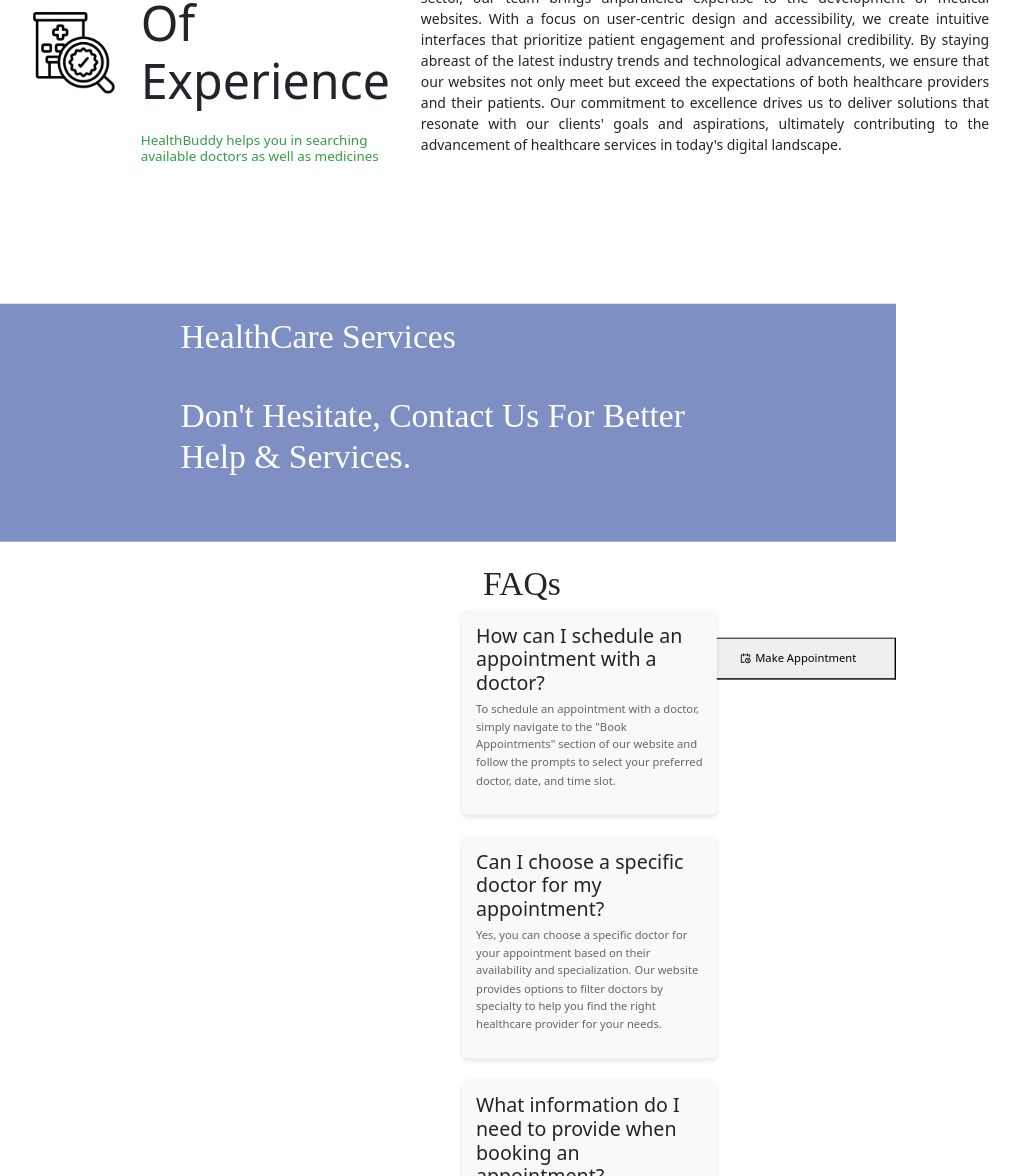
Repository: WajihaGul/MedicalApp-Frontend
Page: /
The author's editor kept a copy of each file at every save. The page is drawn from the files as they stood at one save, then again after the next save.
The browser window is 1280 px wide. The page is 1457 px wide, so the pictures cover 1457 px, including what lies to the right of the window. The pictures show the part of the page from y = 1607 to 3287 px (the page is 4744 px tall), at 70% of full size.
The project was rebuilt for these pictures with package versions that can differ from the ones it lists, and the page was loaded fresh each time. Also part of the build but not shown: vite.config.js, src/index.css, src/App.css.

Above is the page before, as saved 2024-05-08 23:17:59.

### public/index.html
<!DOCTYPE html>
<html lang="en">
  <head>
    <meta charset="utf-8" />
    <link rel="icon" href="%PUBLIC_URL%/favicon.ico" />
    <meta name="viewport" content="width=device-width, initial-scale=1" />
    <meta name="theme-color" content="#000000" />
    <meta
      name="description"
      content="Web site created using create-react-app"
    />
    <link rel="apple-touch-icon" href="%PUBLIC_URL%/logo192.png" />

    <link rel="manifest" href="%PUBLIC_URL%/manifest.json" />

    <title>Health Buddy</title>

    <!-- Bootstrap CSS -->

    <link href="https://cdn.jsdelivr.net/npm/bootstrap@5.3.3/dist/css/bootstrap.min.css" rel="stylesheet">
  </head>
  <body>
    <noscript>You need to enable JavaScript to run this app.</noscript>
    <div id="root"></div>

  </body>
</html>

### src/index.js
import React from "react";
import ReactDOM from "react-dom/client";
import "./index.css";
import "bootstrap/dist/css/bootstrap.min.css";
import { Auth0Provider } from "@auth0/auth0-react";
import App from "./App";

const root = ReactDOM.createRoot(document.getElementById("root"));
root.render(
  <Auth0Provider
    domain="dev-0g3c3dxmqjxyqw2c.us.auth0.com"
    clientId="oMzUGa6dYetqfOyrTVNkJyeCd189p4oL"
    authorizationParams={{
      redirect_uri: window.location.origin,
    }}
  >
    <App />
  </Auth0Provider>
);

### src/App.js
import "./App.css";
import Homepage from "./Pages/Homepage";
function App() {
  return (
    <>
      <Homepage />
    </>
  );
}

export default App;

### src/Pages/Homepage.jsx
import Accomplishments from "../Components/Accomplishments/Accomplishments";
import Experience from "../Components/Experience/Experience";
import LandingPage from "./../Components/LandingPage/LandingPage";
import NavigationBar from "./../Components/NavigationBar/Navbar";
import MakeAppointment from "../Components/MakeAppointment/MakeAppointment";
import Footer from "../Components/Footer/Footer";
import Faqs from "../Components/FAQS/Faqs";

const Homepage = () => {
  return (
    <>
      <NavigationBar />
      <LandingPage />
      <Accomplishments />
      <Experience />
      <MakeAppointment />
      <Faqs />
      <Footer />
    </>
  );
};

export default Homepage;

### src/Components/Accomplishments/Accomplishments.jsx
import styles from "./Accomplishments.module.css";

const Accomplishments = () => {
  return (
    <div className={styles.container}>
      <div className={styles.innerContainer}>
        <div className={styles.column1}>
          <img
            className={styles.cols_img}
            src="https://medi-dove.netlify.app/img/counter/counter-icon-7.png"
            alt=""
          />

          <p className={styles.explanationi}>540 + </p>

          <p className={styles.explanationii}>Expert Doctors</p>

          <p className={styles.explanationiii}>
            Our team of dedicated professionals ensures personalized care and
            expert guidance tailored to your unique health needs
          </p>
        </div>

        <div className={styles.column1}>
          <img
            className={styles.cols_img}
            src="https://medi-dove.netlify.app/img/counter/counter-icon-9.png"
            alt=""
          />

          <p className={styles.explanationi}>899+</p>

          <p className={styles.explanationii}>Problem Solve</p>

          <p className={styles.explanationiii}>
            Benefit from our extensive expertise in resolving medical
            challenges, offering tailored solutions that prioritize patient
            well-being.
          </p>
        </div>

        <div className={styles.column3}>
          <img
            className={styles.cols_img}
            src="https://medi-dove.netlify.app/img/counter/counter-icon-83.png"
            alt=""
          />

          <p className={styles.explanationi}>100+</p>

          <p className={styles.explanationii}>Award Winner</p>

          <p className={styles.explanationiii}>
            With a track record of excellence, we continue to set the standard
            for cutting-edge medical information and services
          </p>
        </div>
      </div>
    </div>
  );
};

export default Accomplishments;

### src/Components/Experience/Experience.jsx
import styles from "./Experience.module.css";

const Experience = () => {
  return (
    <>
      <div className={styles.container}>
        <div className={styles.divimg}>
          <img
            className={styles.eimg}
            src="/Assets/Experience_image.png"
            alt="logo here"
          />
        </div>

        <div>
          <h1 className={styles.ehead1}>25+ Years Of Experience</h1>
          <br />
          <h6 className={styles.ehead6}>
            HealthBuddy helps you in searching available doctors as well as
            medicines
          </h6>
        </div>
        <div>
          <p className={styles.story_p}>
            Drawing upon a wealth of over 25 years of collective experience in
            the healthcare sector, our team brings unparalleled expertise to the
            development of medical websites. With a focus on user-centric design
            and accessibility, we create intuitive interfaces that prioritize
            patient engagement and professional credibility. By staying abreast
            of the latest industry trends and technological advancements, we
            ensure that our websites not only meet but exceed the expectations
            of both healthcare providers and their patients. Our commitment to
            excellence drives us to deliver solutions that resonate with our
            clients' goals and aspirations, ultimately contributing to the
            advancement of healthcare services in today's digital landscape.
          </p>
        </div>
      </div>
    </>
  );
};
export default Experience;

### src/Components/LandingPage/LandingPage.jsx
import React from "react";
import "bootstrap/dist/css/bootstrap.min.css";
import { Carousel } from "react-bootstrap";
import styles from "./LandingPage.module.css";

const LandingPage = () => {
  return (
    <Carousel>
      <Carousel.Item>
        <img
          className={styles.dblock}
          src="https:hips.hearstapps.com/hmg-prod/images/types-of-doctors-1600114658.jpg?crop=0.974xw:0.729xh;0,0&resize=1200:*"
          alt="First slide"
        />
        <Carousel.Caption>
          <h3 className={styles.sliders_h}>Welcome to HealthBuddy</h3>
          <p className={styles.sliders_p}>
            We are dedicated to providing compassionate care and innovative
            medical solutions tailored to your needs.
          </p>
        </Carousel.Caption>
      </Carousel.Item>
      <Carousel.Item>
        <img
          className={styles.dblock}
          src="https://medi-dove.netlify.app/img/home4/about/overlap.png"
          alt="Second slide"
        />
        <Carousel.Caption>
          <h3 className={styles.sliders_h}>
            Find Trusted Doctors in Your Area
          </h3>
          <p className={styles.sliders_p}>
            Whether you need a primary care physician, specialist, or allied
            healthcare provider, we've got you covered.
          </p>
        </Carousel.Caption>
      </Carousel.Item>
      <Carousel.Item>
        <img
          className={styles.dblock}
          src="https://drz0f01yeq1cx.cloudfront.net/1714474335549-158e1cf4-d33e-41ef-afb5-0ab23aea778c-4929.png"
          alt="Third slide"
        />
        <Carousel.Caption>
          <h3 className={styles.sliders_h}>Convenient Pharmacy Services</h3>
          <p className={styles.sliders_p}>
            Our pharmacy services make it easy to access the medications you
            need, right from the comfort of your own home.
          </p>
        </Carousel.Caption>
      </Carousel.Item>
    </Carousel>
  );
};

export default LandingPage;

### src/Components/NavigationBar/Navbar.jsx
import styles from "./Navbar.module.css";
import { useAuth0 } from "@auth0/auth0-react";

const Navbar = () => {
  const { loginWithRedirect, isAuthenticated, logout } = useAuth0();

  return (
    <>
      <nav className={styles.container}>
        <div className={styles.logo}>
          <img
            className={styles.nav_img}
            src="https://cdn.icon-icons.com/icons2/1465/PNG/512/588hospital_100778.png"
            alt="logo"
          />
          <h1 className={styles.nav_head}>HealthBuddy</h1>
        </div>
        <ul className={styles.navul}>
          <li href="#">Home</li>
          <li href="#">Doctors</li>
          <li href="#">Pharmacies</li>
          <li href="#">Contact Us</li>
        </ul>
        {isAuthenticated ? (
          <li>
            <button
              className={styles.customButton}
              onClick={() =>
                logout({ logoutParams: { returnTo: window.location.origin } })
              }
            >
              Log Out
            </button>
          </li>
        ) : (
          <li>
            <button
              className={styles.customButton}
              onClick={() => loginWithRedirect()}
            >
              Login
            </button>
          </li>
        )}
      </nav>
    </>
  );
};

export default Navbar;

### src/Components/MakeAppointment/MakeAppointment.jsx
import styles from "./MakeAppointment.module.css";
import { RiCalendarScheduleLine } from "react-icons/ri";

const MakeAppointment = () => {
  return (
    <>
      <div className={styles.container}>
        <div className={styles.divii}>
          <h3 className={styles.head3}>HealthCare Services</h3>
          <h1 className={styles.head1}>
            Don't Hesitate, Contact Us For Better Help & Services.
          </h1>
        </div>

        <div className={styles.ButtonHere}>
          <button className={styles.mbutton} type="button">
            <RiCalendarScheduleLine className={styles.icon} />
            Make Appointment
          </button>
        </div>
      </div>
    </>
  );
};

export default MakeAppointment;

### src/Components/Footer/Footer.jsx
import React from "react";
import styles from "./Footer.module.css";
import {
  FaPhone,
  FaEnvelope,
  FaFacebook,
  FaTwitter,
  FaInstagram,
  FaLinkedin,
} from "react-icons/fa";

const Footer = () => {
  return (
    <>
      <footer className={styles.footer}>
        <div className={styles.container}>
          <div className={styles.footer_grid}>
            <div className={styles.footer_item}>
              <h3>Contact Us</h3>
              <p>
                <FaPhone /> +1-123-456-7890
              </p>
              <p>
                <FaEnvelope /> info@medicalwebsite.com
              </p>
            </div>
            <div className={styles.footer_item}>
              <h3>Quick Links</h3>
              <ul>
                <li>
                  <a href="#home">Home</a>
                </li>
                <li>
                  <a href="#doctors">Doctors</a>
                </li>
                <li>
                  <a href="#pharmacy">Pharmacy</a>
                </li>
                <li>
                  <a href="#appointments">Appointments</a>
                </li>
                <li>
                  <a href="#about">About Us</a>
                </li>
                <li>
                  <a href="#contact">Contact Us</a>
                </li>
              </ul>
            </div>
            <div className={styles.footer_item}>
              <h3>Services</h3>
              <ul>
                <li>
                  <a href="#appointment">Book Appointment</a>
                </li>
                <li>
                  <a href="#pharmacy-order">Order Medicine</a>
                </li>
              </ul>
            </div>
            <div className={styles.footer_item}>
              <h3>Follow Us</h3>
              <ul className={styles.social_icons}>
                <li>
                  <a href="https://facebook.com">
                    <FaFacebook />
                  </a>
                </li>
                <li>
                  <a href="https://twitter.com">
                    <FaTwitter />
                  </a>
                </li>
                <li>
                  <a href="https://instagram.com">
                    <FaInstagram />
                  </a>
                </li>
                <li>
                  <a href="https://linkedin.com">
                    <FaLinkedin />
                  </a>
                </li>
              </ul>
            </div>
          </div>
        </div>
        <div className={styles.footer_bottom}>
          <div className={styles.container}>
            <p>
              &copy; {new Date().getFullYear()} Medical Website. All rights
              reserved.
            </p>
          </div>
        </div>
      </footer>
    </>
  );
};

export default Footer;

### src/Components/FAQS/Faqs.jsx
import React from "react";
import styles from "./Faqs.module.css";

const Faqs = () => {
  return (
    <section className={styles.faq_section}>
      <div className={styles.faq_content}>
        <h2 className={styles.faq_h2}>FAQs</h2>
        <div className={styles.faq_item}>
          <h3>How can I schedule an appointment with a doctor?</h3>
          <p>
            To schedule an appointment with a doctor, simply navigate to the
            "Book Appointments" section of our website and follow the prompts to
            select your preferred doctor, date, and time slot.
          </p>
        </div>
        <div className={styles.faq_item}>
          <h3>Can I choose a specific doctor for my appointment?</h3>
          <p>
            Yes, you can choose a specific doctor for your appointment based on
            their availability and specialization. Our website provides options
            to filter doctors by specialty to help you find the right healthcare
            provider for your needs.
          </p>
        </div>
        <div className={styles.faq_item}>
          <h3>
            What information do I need to provide when booking an appointment?
          </h3>
          <p>
            When booking an appointment, you will need to provide basic
            information such as your name, contact details, reason for visit,
            and any relevant medical history. This information helps us ensure
            that you receive the appropriate care during your visit.
          </p>
        </div>
        <div className={styles.faq_item}>
          <h3>How can I order prescription medications from the pharmacy?</h3>
          <p>
            Ordering prescription medications from our pharmacy is easy. Simply
            log in to your account on our website, navigate to the pharmacy
            section, and browse our catalog of available medications. Add the
            desired items to your cart, proceed to checkout, and follow the
            instructions to complete your order
          </p>
        </div>

        <div className={styles.faq_item}>
          <h3>
            How long does it take for prescription medications to be delivered?
          </h3>
          <p>
            Prescription medication delivery times may vary depending on your
            location and the availability of the medications you have ordered.
            Typically, orders are processed and dispatched within 24 hours, and
            delivery times range from 2-3 business days.
          </p>
        </div>
      </div>
    </section>
  );
};

export default Faqs;

### src/Components/Accomplishments/Accomplishments.module.css
.container{
    margin:0 auto;
    width: 1200px;
    padding-top: 30px;
    padding-bottom: 30px;
    margin-top: 30px;
    display: flex;
    flex-direction: column;
}
.innerContainer{
    display: flex;
    flex-direction: row;
}
.column1 , .column2 , .column3{
    display: flex;
    flex-direction: column;
    justify-content: center;
    align-items: center;
}
.explanationi{
    font-size: xxx-large;
    font-weight: 700px;
}

.explanationii{
    color: green;
    font-size: larger;
    font-style: italic;
    margin-top: -12px;
}

.explanationiii{
    text-align: justify;
    margin-right: 23px;
    font-size:24px;
}

.cols_img{
    height: 150px;
    width: 150px;
    align-items: center !important;
    justify-content: center !important;
}

### src/Components/Experience/Experience.module.css
.container{
  margin: 0 auto;
  width: 1200px;
  margin-top: 138px;
  display: flex;
  flex-direction: row;
  margin-bottom: 138px;
}

.logo, .experience , .story{
  margin: 10px;
  height: 100px !important;
}

.story_p{
  padding: 44px;
    text-align: justify;
    font-size: 20px;
    width: 900px;
}
.divimg{

}
.ehead1{
  font-size: 69px;
}

.ehead6{
color: #339e46 ;
font-size: larger;
}
.eimg{
  height: 131px;
  margin-bottom: 102px;
  margin-top: 102px;
  padding-right: 30px;
}

### src/Components/LandingPage/LandingPage.module.css
.carousel {
  overflow: hidden; /* Hide any overflow */
}

.carousel-item img {
  max-width: 100%; /* Ensure images don't exceed the width of the container */
  max-height: 100vh; /* Adjust the height as needed to fit within the viewport */
  margin: auto; /* Center the images horizontally */
}

.dblock{
  height: 100vh;
  width: 100%;
  margin-bottom: 100px;
  filter: brightness(0.5);
}

.sliders_p{
  font-size: 48px;
  color: white;
  width: 1462px;
  text-align: center;
  padding-bottom: 156px;
  font-family: serif;
}

.sliders_h{
  font-size: 48px;
  font-family: serif;
}

### src/Components/NavigationBar/Navbar.module.css
nav {
    position: fixed;
    top: 0;
    left: 0;
    width: 100%;
    display: flex;
    justify-content: space-between;
    align-items: center;
    height: 80px;
    padding: 0 30px;
    background-color: #4f4fa1;
    box-shadow: 0px 4px 10px rgba(0, 0, 0, 0.1);
    z-index: 10;
}

.navul {
  display: flex;
  gap: 53px;
  list-style-type: none;
  margin: 0;
  padding: 0;
  font-size: x-large;
  box-sizing: border-box;
  font-family: cursive;
  color: white;
  font-weight: 800;
}

.navbar-item {
  position: relative;
}

.navbar-item a {
  text-decoration: none;
  color: #fff;
  font-weight: bold;
  padding: 15px 20px;
  border-radius: 10px;
  transition: background-color 0.3s ease;
}

.navbar-item a:hover {
  background-color: rgba(255, 255, 255, 0.2); /* Semi-transparent background on hover */
}

.customButton {
  background-color: #f0f1ff;
    border: none;
    font-family: cursive;
    color: #2259b1;
    padding: 0px 32px;
    text-align: center;
    text-decoration: none;
    display: inline-block;
    margin: 4px 2px;
    cursor: pointer;
    border-radius: 4px;
    transition-duration: 0.4s;
    font-size: x-large;
    height: 54px;
    font-weight: 700;
}

.customButton:hover {

}


.btn-primary.btn-lg:hover {
  transform: scale(1.05); /* Scale button on hover */
}

.logo {
  display: flex;
  align-items: center;
}

.nav_img {
  height: 47px;
  margin-right: 20px;
  margin-top: -9px;
  margin-right: 14px;
}

.nav_head {
  font-size: 2.5rem;
  margin-left: -12px;
  color:#ffffff;
  font-family: cursive;
  margin-bottom: 1px;
  font-weight: 800;
  font-size: xx-large;
}

### src/Components/MakeAppointment/MakeAppointment.module.css
.container{
    background-color: rgb(126 144 195);
    height: 340px;
    margin-top: 152px
}
.head3{
    color: white;
    font-family: cursive;
    margin-left: 290px;
    padding-top: 18px;
    width: 800px;
    font-size: xxx-large;
    margin-right: 290px;
    padding-bottom: 18px;
}
.head1{
    margin-top: 30px;
    color: white;
    font-family: cursive;
    margin-left: 290px;
    font-size: xxx-large;
    width: 800px;
    margin-bottom: 30px;
    margin-right: 290px;
}

.divii , .ButtonHere{
display: flex;
flex-direction: column;
}

.divii{
    margin-left: 70px;
    margin-right: -32px;
    margin-left: -32px;
}

.ButtonHere{
    margin-left: 1000px;
    margin-top: 200px;
}

.button{
    height: 55px;
    width: 286px;
    border-color: transparent;
    font-size: x-large;
    border-radius: 15px;
    background-color: #32ca0b;
    color: white;
}

.icon{
    margin-right: 6px;
    height: 54px;
}

### src/Components/Footer/Footer.module.css
.footer {
  background-color: #191931;
  padding-top: 26px;
  padding-left: 25px;
  font-family: emoji;
  color: white;
  display: flex;
  flex-direction: column;
  justify-content: space-between; /* Align content at the top and bottom */
  height: 100%; /* Make the footer take the full height */
}

.footer .container {
  justify-content: space-between;
  color: white;
}

.footer_grid {
  color: white;
  display: grid;
  grid-template-columns: repeat(4, 1fr);
  grid-gap: 30px;
}

.footer_item {
  color: white;
  margin-bottom: 30px;
}

.footer_item h3 {
  color: white;
  font-size: 1.2rem;
  margin-bottom: 15px;
  color: white;
}

.footer_item p {
  color: white;
  font-size: 1rem;
  margin-bottom: 10px;
}

.footer_item ul {
  color: white;
  list-style-type: none;
  padding: 0;
}

.footer_item ul li {
  margin-bottom: 5px;
  color: white;
}

.footer_item ul li a {
  color: #333;
  text-decoration: none;
  color: white;
}

.footer_item ul li a:hover {
  color: #007bff;
}

.social_icons {
  display: flex;
  padding: 0;
  color: white;
}

.social_icons li {
  margin-right: 10px;
  color: white;
}

.social_icons li:last-child {
  margin-right: 0;
  color: white;
}

.social_icons a {
  color: white;
  font-size: 1.2rem;
  text-decoration: none;
}

.social_icons a:hover {
  color: #007bff;
}

.footer_bottom {
  background-color:  #191931;
  padding: 15px 0;
  color: white;
  text-align: center;
}

.footer_bottom p {
  margin-left: -23px;
  font-size: 0.9rem;
  color: white;
}

### src/Components/FAQS/Faqs.module.css
.faq_section {
    max-width: 1587px;
    display: flex;
    padding-left: 300px;
    padding: 300p;
    padding-top: 32px;
    align-items: center;
    margin-left: 340px;
}
  .faq_h2{
    font-size: 3rem;
    font-family: emoji;
    padding-left: 30px;
  }
  .faq_content {
    width: 60%;
    padding-left: 20px;
  }


  .faq_item {
    margin-bottom: 30px;
    background-color: #f9f9f9;
    padding: 20px;
    border-radius: 8px;
    box-shadow: 0 4px 8px rgba(0, 0, 0, 0.1);
    transition: transform 0.3s ease;
  }

  .faq_item:hover {
    transform: translateY(-5px);
    color: #4f4fa1;
  }

  .faq-item h3 {
    font-size: 1.2rem;
    margin-bottom: 10px;
    color: #333;
  }

  .faq_item p {
    font-size: 1rem;
    line-height: 1.6;
    color: #666;
  }

After the next save:
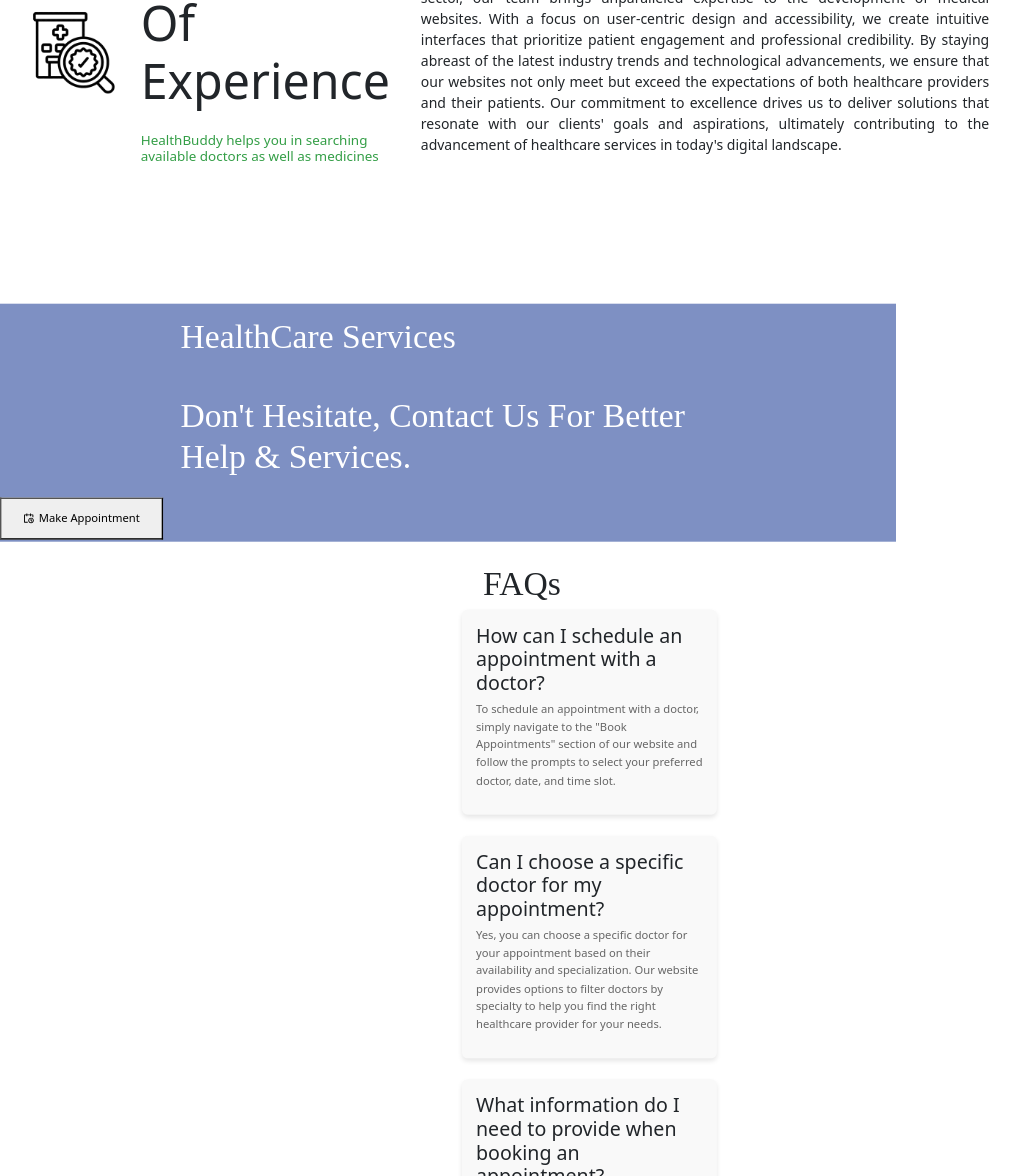
Saved 4 min 10 s later.
--- a/src/Components/MakeAppointment/MakeAppointment.module.css
+++ b/src/Components/MakeAppointment/MakeAppointment.module.css
@@ -36,8 +36,7 @@ flex-direction: column;
 }
 
 .ButtonHere{
-    margin-left: 1000px;
-    margin-top: 200px;
+    width: 233px;
 }
 
 .button{
